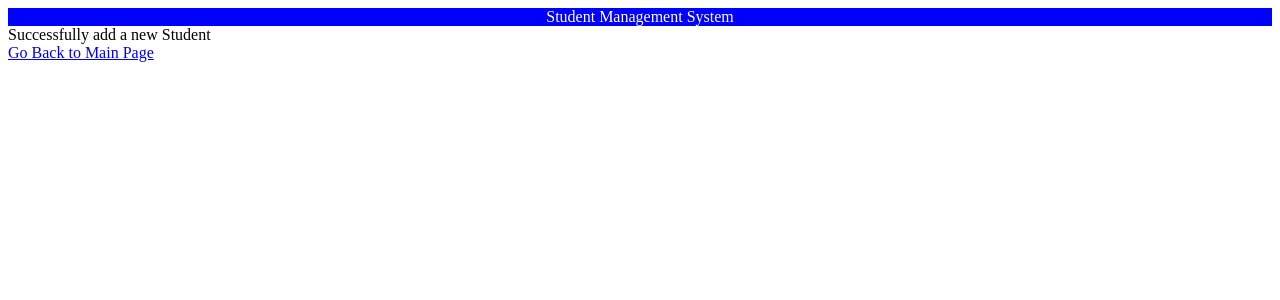
Repository: Aviligonda/Servlet_Programs
Page: http://localhost/StudentManagementSystem/addStudent.jsp
These files come from the project's save history. The page is drawn as it stood at one moment and after a run of saves; the edit follows.
The browser window is 1280 px wide. The pictures show the whole page.
The page is served by Tomcat 9.

Above is the page before, as saved 2024-11-25 13:08:13.

### StudentManagementSystem/src/main/webapp/addStudent.jsp
<%@page import="java.sql.PreparedStatement"%>
<%@page import="java.sql.DriverManager"%>
<%@page import="java.sql.Connection"%>
<%@ page language="java" contentType="text/html; charset=UTF-8"
	pageEncoding="UTF-8"%>
	<%@ include file="header.jsp" %>
	<%@ include file="db.jsp" %>
<!DOCTYPE html>
<html>
<head>
<meta charset="UTF-8">
<title>Add</title>
</head>
<body>
	<%

	String id = request.getParameter("id");
	String name = request.getParameter("name");
	String branch = request.getParameter("branch");
	String contactNumber = request.getParameter("contact");
	PreparedStatement pStatement=connection.prepareStatement("insert into sms values(?,?,?,?)");
	pStatement.setString(1, id);
	pStatement.setString(2, name);
	pStatement.setString(3, branch);
	pStatement.setString(4, contactNumber);
	pStatement.execute();
	out.println("Successfully add a new Student <br>");

	%>
	<a href = "index.jsp">Go Back to Main Page</a>
</body>
</html>

### StudentManagementSystem/src/main/webapp/header.jsp
<%@ page language="java" contentType="text/html; charset=UTF-8"
    pageEncoding="UTF-8"%>
<!DOCTYPE html>
<html>
<head>
<meta charset="UTF-8">
<title>Insert title here</title>
</head>
<body>
<div style="hei">

<header style="color:white;text-align:center; size:30px; background-color:blue;"> Student Management System</header>
</div>


</body>
</html>

### StudentManagementSystem/src/main/webapp/db.jsp
<%@page import="java.sql.DriverManager"%>
<%@page import="java.sql.Connection"%>
<%@ page language="java" contentType="text/html; charset=UTF-8"
    pageEncoding="UTF-8"%>
<!DOCTYPE html>
<html>
<head>
<meta charset="UTF-8">
<title>Insert title here</title>
</head>
<body>
<%
Class.forName("com.mysql.jdbc.Driver");
Connection connection = DriverManager.getConnection("jdbc:mysql://localhost:3306/logindb","root","123");
%>

</body>
</html>

After the next 2 saves:
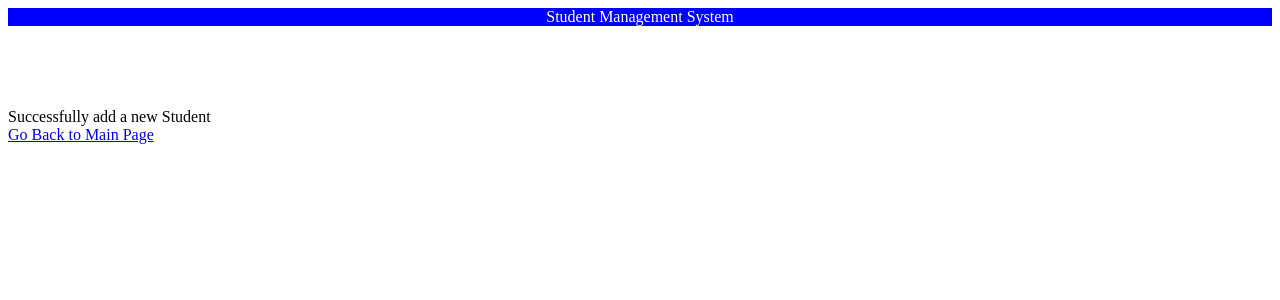
The 2 saves are shown as one change because they came seconds apart.
The last was saved 9 s later.
--- a/StudentManagementSystem/src/main/webapp/header.jsp
+++ b/StudentManagementSystem/src/main/webapp/header.jsp
@@ -7,7 +7,7 @@
 <title>Insert title here</title>
 </head>
 <body>
-<div style="hei">
+<div style="height :100px;">
 
 <header style="color:white;text-align:center; size:30px; background-color:blue;"> Student Management System</header>
 </div>
